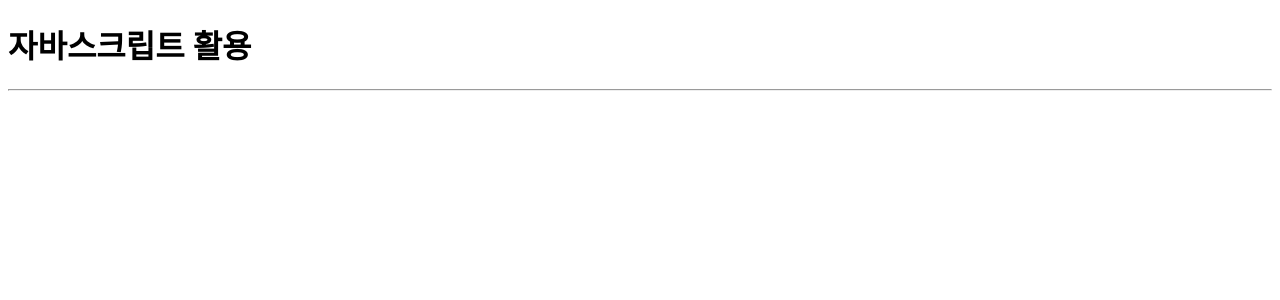
Repository: lolsoyeon/WebStudy
Page: WebApp03/WebContent/Test017.html
An editor plug-in stored every save of this project. The page is shown before and after the next save, followed by the edit.
The browser window is 1280 px wide. The pictures show the whole page.

Above is the page before, as saved 2022-09-30 01:23:39.

After the next save:
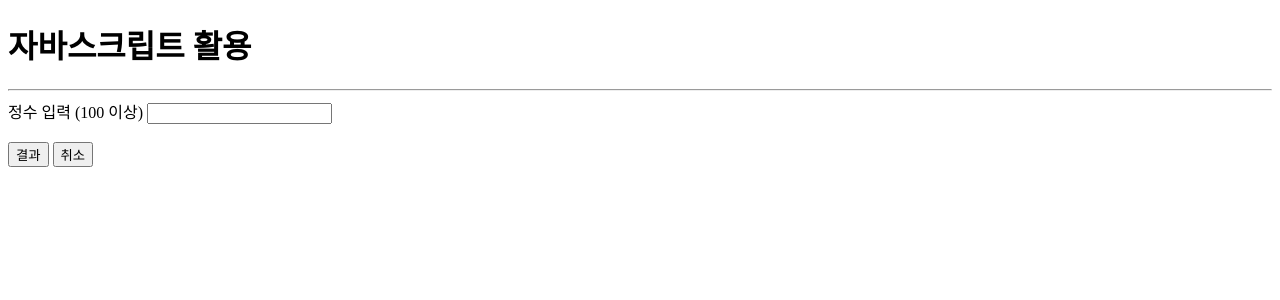
Saved 107 s later.
--- a/WebApp03/WebContent/Test017.html
+++ b/WebApp03/WebContent/Test017.html
@@ -46,6 +46,21 @@
 
  -->
 
+<div>
+	<from>
+		<div>
+		 정수 입력 (100 이상)
+		 <input type="text" id="num" class="txt">
+		</div>
+		<br>
+
+		<div>
+		 <input type="button" value="결과" class="btn">
+		 <input type="reset" value="취소" class="btn">
+		</div>
+	</from>
+</div>
+
 
 </body>
 </html>
